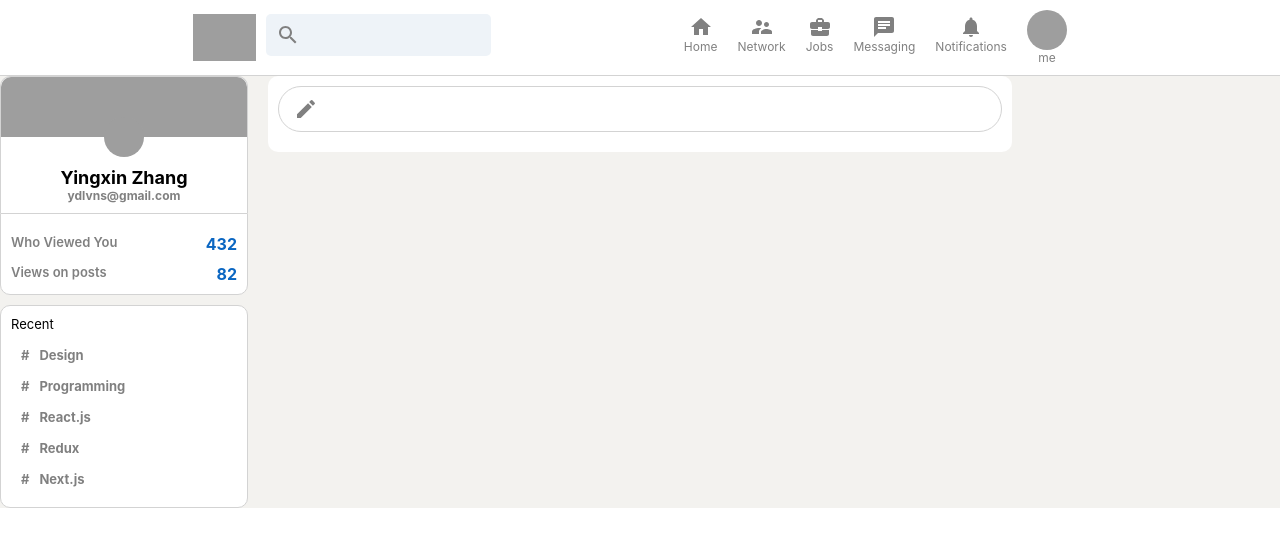
Repository: Tracy-maker/linkedin_clone
Page: /
These files come from the project's save history. The page is drawn as it stood at one moment and after a run of saves; the edit follows.
The browser window is 1280 px wide. The pictures show the whole page.
Pictures or frames that could not be fetched are drawn as grey boxes. The project was rebuilt for these pictures with package versions that can differ from the ones it lists, and the page was loaded fresh each time.

Above is the page before, as saved 2023-11-06 17:18:29.

### src/App.js
import React from "react";
import Header from "./components/Header/Header";
import Sidebar from "./components/Sidebar";
import styled from "styled-components";
import Feed from "./components/Feed";

const LinkedInContainer = styled.div`
  background-color: #f3f2ef;
`;

const LinkedInBody = styled.div`
  display: flex;
`;

function App() {
  return (
    <LinkedInContainer>
      <Header />
      <LinkedInBody>
        <Sidebar />
        <Feed />
      </LinkedInBody>
    </LinkedInContainer>
  );
}

export default App;

### src/features/counter/counterSlice.js
import { createAsyncThunk, createSlice } from '@reduxjs/toolkit';
import { fetchCount } from './counterAPI';

const initialState = {
  value: 0,
  status: 'idle',
};

// The function below is called a thunk and allows us to perform async logic. It
// can be dispatched like a regular action: `dispatch(incrementAsync(10))`. This
// will call the thunk with the `dispatch` function as the first argument. Async
// code can then be executed and other actions can be dispatched. Thunks are
// typically used to make async requests.
export const incrementAsync = createAsyncThunk(
  'counter/fetchCount',
  async (amount) => {
    const response = await fetchCount(amount);
    // The value we return becomes the `fulfilled` action payload
    return response.data;
  }
);

export const counterSlice = createSlice({
  name: 'counter',
  initialState,
  // The `reducers` field lets us define reducers and generate associated actions
  reducers: {
    increment: (state) => {
      // Redux Toolkit allows us to write "mutating" logic in reducers. It
      // doesn't actually mutate the state because it uses the Immer library,
      // which detects changes to a "draft state" and produces a brand new
      // immutable state based off those changes
      state.value += 1;
    },
    decrement: (state) => {
      state.value -= 1;
    },
    // Use the PayloadAction type to declare the contents of `action.payload`
    incrementByAmount: (state, action) => {
      state.value += action.payload;
    },
  },
  // The `extraReducers` field lets the slice handle actions defined elsewhere,
  // including actions generated by createAsyncThunk or in other slices.
  extraReducers: (builder) => {
    builder
      .addCase(incrementAsync.pending, (state) => {
        state.status = 'loading';
      })
      .addCase(incrementAsync.fulfilled, (state, action) => {
        state.status = 'idle';
        state.value += action.payload;
      });
  },
});

export const { increment, decrement, incrementByAmount } = counterSlice.actions;

// The function below is called a selector and allows us to select a value from
// the state. Selectors can also be defined inline where they're used instead of
// in the slice file. For example: `useSelector((state: RootState) => state.counter.value)`
export const selectCount = (state) => state.counter.value;

// We can also write thunks by hand, which may contain both sync and async logic.
// Here's an example of conditionally dispatching actions based on current state.
export const incrementIfOdd = (amount) => (dispatch, getState) => {
  const currentValue = selectCount(getState());
  if (currentValue % 2 === 1) {
    dispatch(incrementByAmount(amount));
  }
};

export default counterSlice.reducer;

### src/components/Header/Header.jsx
import React from "react";
import Search from "@mui/icons-material/Search";
import HeaderOption from "../HeaderOption/HeaderOption.jsx";
import HomeIcon from "@mui/icons-material/Home";
import SupervisorAccountIcon from "@mui/icons-material/SupervisorAccount";
import BusinessCenterIcon from "@mui/icons-material/BusinessCenter";
import ChatIcon from "@mui/icons-material/Chat";
import NotificationsIcon from "@mui/icons-material/Notifications";
import styled from "styled-components";

const HeaderContainer = styled.div`
  position: sticky;
  top: 0;
  z-index: 999;
  display: flex;
  align-items: center;
  justify-content: space-evenly;
  border-bottom: 0.1px solid lightgray;
  padding-top: 10px;
  padding-bottom: 10px;
  width: 100%;
  background-color: white;
`;

const LeftContainer = styled.div`
  display: flex;
`;

const LogoImage = styled.img`
  height: 47px;
  margin-right: 10px;
  object-fit: contain;
`;

const SearchContainer = styled.div`
  display: flex;
  align-items: center;
  padding: 10px;
  border-radius: 5px;
  height: 22px;
  color: gray;
  background-color: #eef3f8;
`;

const SearchInput = styled.input`
  outline: none;
  border: none;
  background: none;
`;

const RightContainer = styled.div`
  display: flex;
`;

function Header() {
  return (
    <HeaderContainer>
      <LeftContainer>
        <LogoImage
          src="https://i.ibb.co/qBQbcDx/Screenshot-2023-11-06-at-11-59-00-am.png"
          alt="logo image"
        />
        <SearchContainer>
          <Search />
          <SearchInput />
        </SearchContainer>
      </LeftContainer>
      <RightContainer>
        <HeaderOption Icon={HomeIcon} title="Home" />
        <HeaderOption Icon={SupervisorAccountIcon} title="Network" />
        <HeaderOption Icon={BusinessCenterIcon} title="Jobs" />
        <HeaderOption Icon={ChatIcon} title="Messaging" />
        <HeaderOption Icon={NotificationsIcon} title="Notifications" />
        <HeaderOption
          avatar="https://i.ibb.co/MRHHtS5/Wechat-IMG7.jpg"
          title="me"
          size='300'
        />
      </RightContainer>
    </HeaderContainer>
  );
}

export default Header;

### src/components/Feed/index.jsx
export { default } from "./Feed";

### src/components/HeaderOption/HeaderOption.jsx
import styled from "styled-components";
import { Avatar } from "@material-ui/core";

const HeaderOptionContainer = styled.div`
  display: flex;
  flex-direction: column;
  align-items: center;
  margin-right: 20px;
  color: gray;
  cursor: pointer;

  &:hover {
    color: black;
  }
`;

const HeaderOptionTitle = styled.h3`
  font-size: 12px;
  font-weight: 400;
`;

const HeaderOptionIcon = styled.img`
  margin-top: 5px;
  object-fit: contain;
  height: 25px;
  width: 25px;
`;

function HeaderOption ({ avatar, Icon, title }){
  return (
    <HeaderOptionContainer>
      {Icon && <HeaderOptionIcon as={Icon} />}
      {avatar && <Avatar src={avatar} />}
      <HeaderOptionTitle>{title}</HeaderOptionTitle>
    </HeaderOptionContainer>
  );
};

export default HeaderOption;

### src/components/Sidebar/Sidebar.jsx
import styled from "styled-components";
import { Avatar } from "@mui/material";

const SidebarContainer = styled.div`
  position: sticky;
  top: 80px;
  flex: 0.2;
  border-radius: 10px;
  text-align: center;
  height: fit-content;
`;

const SidebarTop = styled.div`
  display: flex;
  flex-direction: column;
  align-items: center;
  border: 1px solid lightgray;
  border-bottom: 0;
  border-top-left-radius: 10px;
  border-top-right-radius: 10px;
  background-color: white;
  padding-bottom: 10px;
`;

const TopImage = styled.img`
  margin-bottom: -20px;
  width: 100%;
  height: 60px;
  object-fit: cover;
  border-top-left-radius: 10px;
  border-top-right-radius: 10px;
`;

const TopHeading = styled.h2`
  font-size: 18px;
`;

const TopSubHeading = styled.h4`
  color: gray;
  font-size: 12px;
`;

const SidebarAvatar = styled(Avatar)`
  margin-bottom: 10px;
`;

const SidebarStats = styled.div`
  padding: 10px;
  margin-bottom: 10px;
  border: 1px solid lightgray;
  background-color: white;
  border-bottom-left-radius: 10px;
  border-bottom-right-radius: 10px;
`;

const StatContainer = styled.div`
  margin-top: 10px;
  display: flex;
  justify-content: space-between;
`;

const StatText = styled.p`
  color: gray;
  font-size: 13px;
  font-weight: 600;
`;

const StatNumber = styled.p`
  font-weight: bold;
  color: #0a66c2 !important;
`;

const SidebarBottom = styled.div`
  text-align: left;
  padding: 10px;
  border: 1px solid lightgray;
  background-color: white;
  border-radius: 10px;
  margin-top: 10px;
`;

const BottomText = styled.p`
  font-size: 13px;
  padding-bottom: 10px;
`;

const RecentItem = styled.div`
  display: flex;
  font-size: 13px;
  color: gray;
  font-weight: bold;
  cursor: pointer;
  margin-bottom: 5px;
  padding: 5px;

  &:hover {
    background-color: whitesmoke;
    border-radius: 10px;
    cursor: pointer;
    color: black;
  }
`;

const HashSymbol = styled.span`
  margin-right: 10px;
  margin-left: 5px;
`;

function Sidebar () {
  const recentItem = (topic) => (
    <RecentItem>
      <HashSymbol>#</HashSymbol>
      <p>{topic}</p>
    </RecentItem>
  );

  return (
    <SidebarContainer>
      <SidebarTop>
        <TopImage
          src="https://marketplace.canva.com/EAD2962NKnQ/2/0/1600w/canva-rainbow-gradient-pink-and-purple-virtual-background-_Tcjok-d9b4.jpg"
          alt="logo-image"
        />
        <SidebarAvatar
          src="https://i.ibb.co/MRHHtS5/Wechat-IMG7.jpg"
          alt="logo-image"
        />
        <TopHeading>Yingxin Zhang</TopHeading>
        <TopSubHeading>ydlvns@gmail.com</TopSubHeading>
      </SidebarTop>
      <SidebarStats>
        <StatContainer>
          <StatText>Who Viewed You</StatText>
          <StatNumber>432</StatNumber>
        </StatContainer>
        <StatContainer>
          <StatText>Views on posts</StatText>
          <StatNumber>82</StatNumber>
        </StatContainer>
      </SidebarStats>
      <SidebarBottom>
        <BottomText>Recent</BottomText>
        {recentItem("Design")}
        {recentItem("Programming")}
        {recentItem("React.js")}
        {recentItem("Redux")}
        {recentItem("Next.js")}
      </SidebarBottom>
    </SidebarContainer>
  );
};

export default Sidebar;

### src/components/Feed/Feed.jsx
import styled from "styled-components";
import CreateIcon from "@mui/icons-material/Create";
import ImageIcon from "@mui/icons-material/Image";
import SubscriptionsIcon from "@mui/icons-material/Subscriptions";
import EventNoteIcon from "@mui/icons-material/EventNote";
import CalendarViewDayIcon from "@mui/icons-material/CalendarViewDay";
import InputOption from "../InputOption/InputOption";
import Post from "../Post";

const FeedContainer = styled.div`
  flex: 0.6;
  margin: 0 20px;
`;

const FeedInputContainer = styled.div`
  background-color: white;
  padding: 10px;
  padding-bottom: 20px;
  border-radius: 10px;
  margin-bottom: 20px;
`;

const FeedInput = styled.div`
  border: 1px solid lightgray;
  border-radius: 30px;
  display: flex;
  padding: 10px;
  color: gray;
  padding-left: 15px;

  form {
    display: flex;
    width: 100%;
  }

  form input {
    border: none;
    flex: 1;
    margin-left: 10px;
    outline: 0;
    font-weight: 600;
  }

  form button {
    display: none;
  }
`;

const FeedInputOptions = styled.div`
  display: flex;
  justify-content: space-evenly;
`;

function Feed() {
  return (
    <FeedContainer>
      <FeedInputContainer>
        <FeedInput>
          <CreateIcon />
          <form>
            <input type="text" />
            <button type="submit">Send</button>
          </form>
        </FeedInput>
        <FeedInputOptions>
          <InputOption Icon={ImageIcon} title="Photo" color="#70BFF9" />
          <InputOption Icon={SubscriptionsIcon} title="Video" color="#E7A33E" />
          <InputOption Icon={EventNoteIcon} title="Event" color="#C0CBCD" />
          <InputOption
            Icon={CalendarViewDayIcon}
            title="Write article"
            color="#7FC15E"
          />
        </FeedInputOptions>
      </FeedInputContainer>

      <Post />
    </FeedContainer>
  );
}

export default Feed;

### src/components/InputOption/InputOption.jsx
import React from "react";

function InputOption() {
  return <div></div>;
}

export default InputOption;

### src/components/Post/Post.jsx
import React from "react";

function Post() {
  return <div></div>;
}

export default Post;

Loaded but not shown: public/index.html (common file); src/index.js (common file); src/app/store.js (common file); src/index.css (common file); src/components/Sidebar/index.jsx (common file); src/features/counter/counterAPI.js (common file); src/components/Post/index.jsx (common file)

After the next 2 saves:
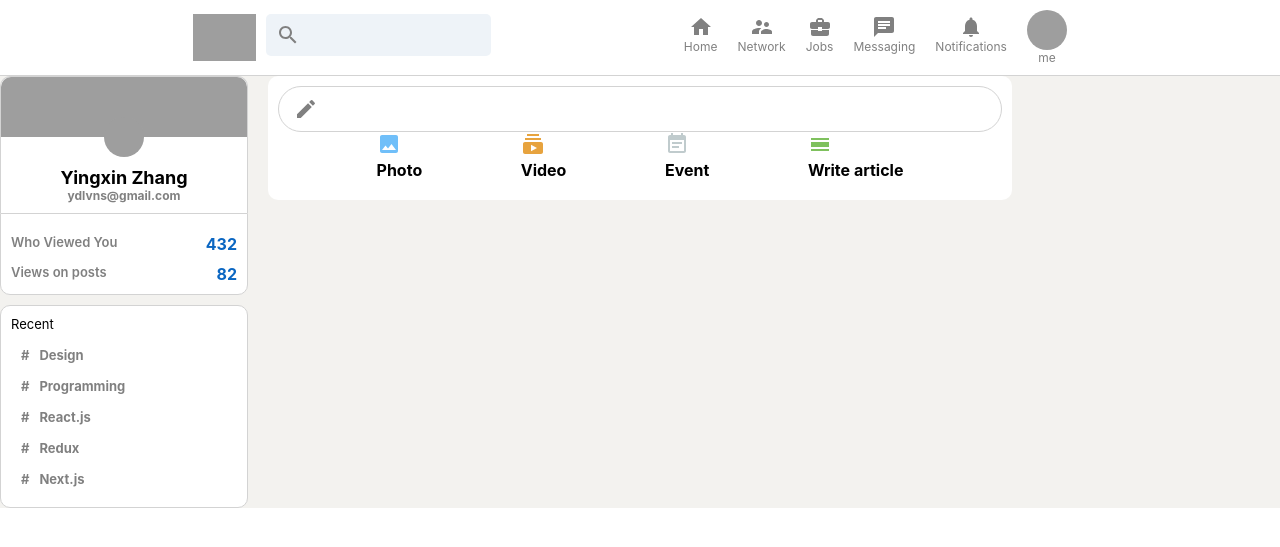
The 2 saves are shown as one change because they came seconds apart.
The last was saved 8 min 48 s later.
--- a/src/components/InputOption/InputOption.jsx
+++ b/src/components/InputOption/InputOption.jsx
@@ -1,7 +1,12 @@
 import React from "react";
 
-function InputOption() {
-  return <div></div>;
+function InputOption({ title, Icon, color }) {
+  return (
+    <div className="inputOption">
+      <Icon style={{ color: color }} />
+      <h4>{title}</h4>
+    </div>
+  );
 }
 
 export default InputOption;
